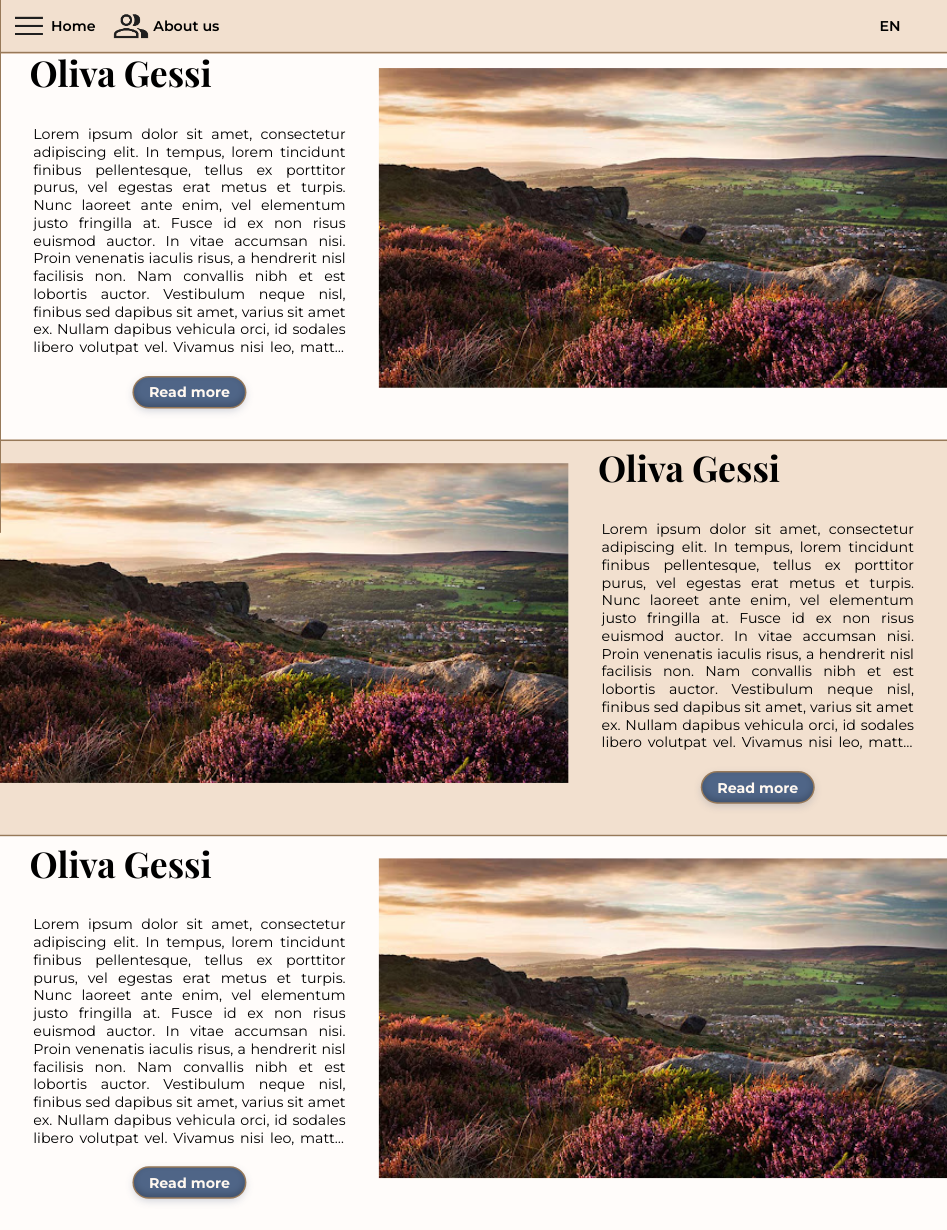
Repository: Seaside-Jokers/Oliva-gessi
Page: index.html
An editor plug-in stored every save of this project. The page is shown before and after a run of saves, followed by the edit.
The browser window is 1280 px wide. The pictures show the whole page, at 74% of full size.
Some web fonts or font styles are not loaded; a fallback is used.

Above is the page before, as saved 2026-02-18 17:27:37.

After the next 2 saves:
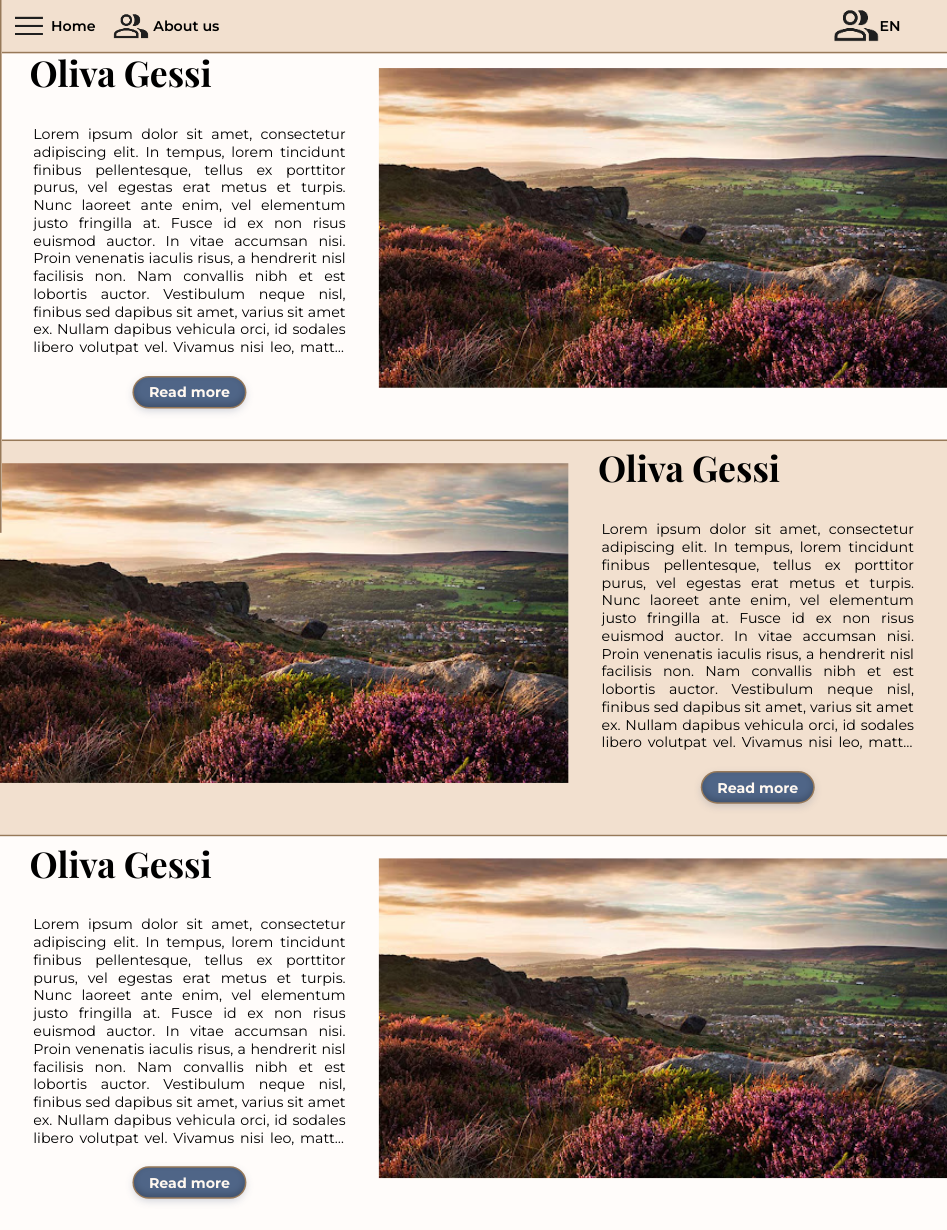
The 2 saves are shown as one change because they came seconds apart.
The last was saved 12 s later.
--- a/index.html
+++ b/index.html
@@ -29,7 +29,7 @@
         <button class="btn-navbar lang-button" type="button" onclick="changeLang()">
             <span class="btn-lang">
                 <span class="btn-lang-interno">
-                    <img alt="" src="">
+                    <img alt="" src="assets/about_us.png">
                 </span>
             </span>
             <span data-key="current_language" class="nav-data">IT</span>

After the 4 saves that followed:
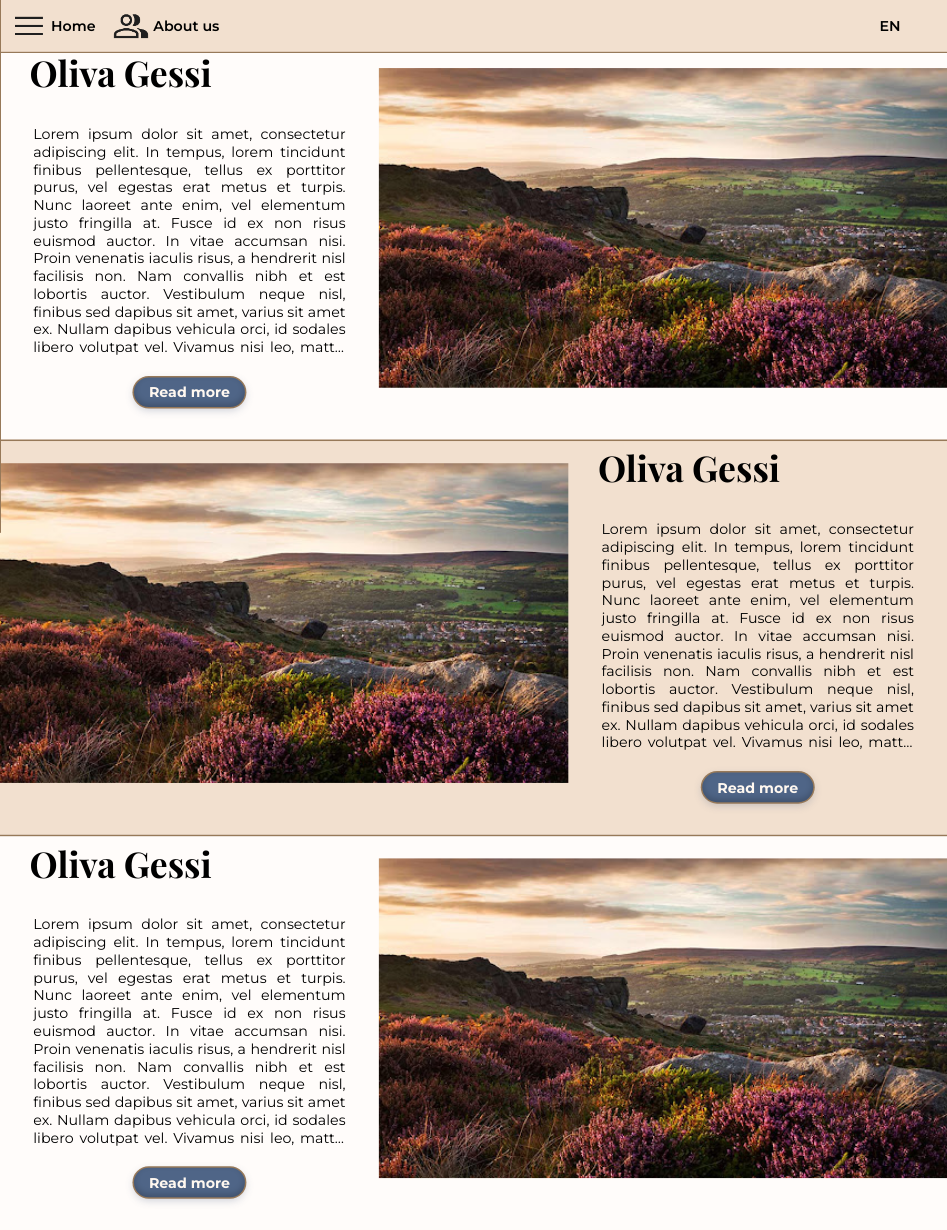
The 4 saves are shown as one change because 1 left the picture as it was and some came seconds apart.
The last was saved 8 min 56 s later.
--- a/index.html
+++ b/index.html
@@ -27,9 +27,8 @@
         </button>
         <!-- Cambio lingua (a destra) -->
         <button class="btn-navbar lang-button" type="button" onclick="changeLang()">
-            <span class="btn-lang">
-                <span class="btn-lang-interno">
-                    <img alt="" src="assets/about_us.png">
+            <span class="lang-">
+                <span class="lang-toggle">
                 </span>
             </span>
             <span data-key="current_language" class="nav-data">IT</span>
